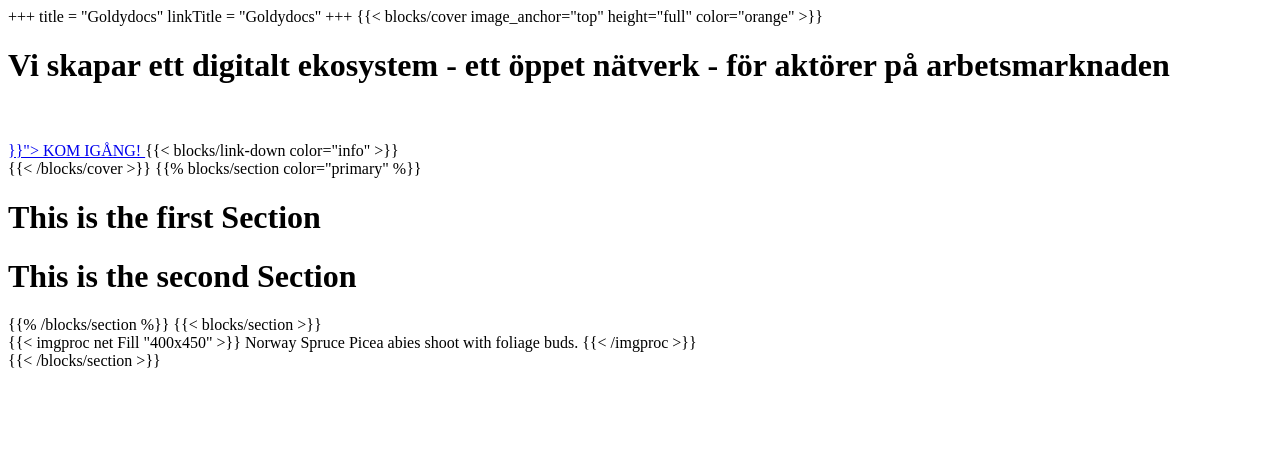
Repository: rudasn/docsy-cms-netlify
Page: content/sv/_index.html
The author's editor kept a copy of each file at every save. The page is drawn from the files as they stood at one save, then again after the next save.
The browser window is 1280 px wide. The pictures show the whole page.

Above is the page before, as saved 2021-05-07 08:19:45.

### content/sv/_index.html
+++
title = "Goldydocs"
linkTitle = "Goldydocs"

+++

{{< blocks/cover  image_anchor="top" height="full" color="orange" >}}
<h1>Vi skapar ett digitalt ekosystem - ett öppet nätverk - för aktörer
	på arbetsmarknaden
</h1>
<br><br>
<div class="mx-auto">
	<a class="button -lg btn-white mr-3 mb-4" href="{{< relref "/docs" >}}">
		KOM IGÅNG! <i class="fas fa-arrow-alt-circle-right ml-2"></i>
	</a>

	{{< blocks/link-down color="info" >}}
</div>
{{< /blocks/cover >}}


{{% blocks/section color="primary" %}}
<div class="col-8">
	<h1 class="text-left">This is the first Section</h1>
</div>

<div class="col-4">
	<h1 class="text-right">This is the second Section</h1>

</div>
{{% /blocks/section %}}

<!--
{{< blocks/section color="dark" >}}
{{% blocks/feature icon="fa-lightbulb" title="New chair metrics!" %}}
The Goldydocs UI now shows chair size metrics by default.

Please follow this space for updates!
{{% /blocks/feature %}}


{{% blocks/feature icon="fab fa-github" title="Contributions welcome!" url="https://github.com/google/docsy-example" %}}
We do a [Pull Request](https://github.com/google/docsy-example/pulls) contributions workflow on **GitHub**. New users are always welcome!
{{% /blocks/feature %}}


{{% blocks/feature icon="fab fa-twitter" title="Follow us on Twitter!" url="https://twitter.com/docsydocs" %}}
For announcement of latest features etc.
{{% /blocks/feature %}}


{{< /blocks/section >}}
-->

{{< blocks/section >}}
<div class="col">
	{{< imgproc net Fill "400x450" >}}
	Norway Spruce Picea abies shoot with foliage buds.
	{{< /imgproc >}}
</div>

{{< /blocks/section >}}


<!--
{{< blocks/section >}}
{{% blocks/feature icon="fab fa-app-store-ios" title="Download **from AppStore**" %}}
Get the Goldydocs app!
{{% /blocks/feature %}}


{{% blocks/feature icon="fab fa-github" title="Contributions welcome!" url="https://github.com/google/docsy-example" %}}
We do a [Pull Request](https://github.com/google/docsy-example/pulls) contributions workflow on **GitHub**. New users are always welcome!
{{% /blocks/feature %}}


{{% blocks/feature icon="fab fa-twitter" title="Follow us on Twitter!" url="https://twitter.com/GoHugoIO" %}}
For announcement of latest features etc.
{{% /blocks/feature %}}


{{< /blocks/section >}}
-->
<!--
{{< blocks/section >}}

<div class="col-12">
<h1 class="text-center">This is another Section</h1>
</div>

{{< /blocks/section >}}
-->

After the next save:
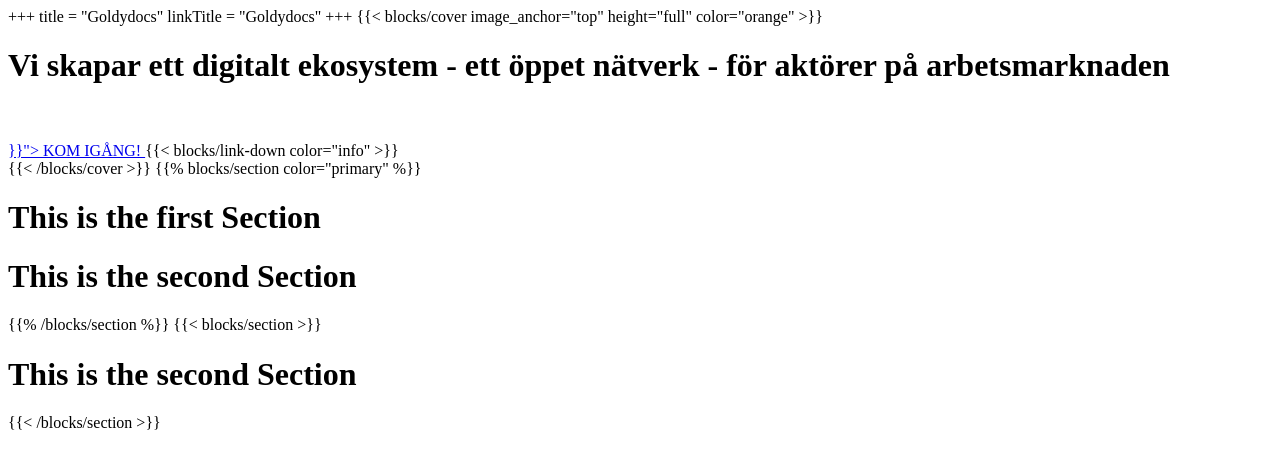
Saved 19 s later.
--- a/content/sv/_index.html
+++ b/content/sv/_index.html
@@ -54,9 +54,7 @@ For announcement of latest features etc.
 
 {{< blocks/section >}}
 <div class="col">
-	{{< imgproc net Fill "400x450" >}}
-	Norway Spruce Picea abies shoot with foliage buds.
-	{{< /imgproc >}}
+<h1 class="text-center">This is the second Section</h1>
 </div>
 
 {{< /blocks/section >}}
